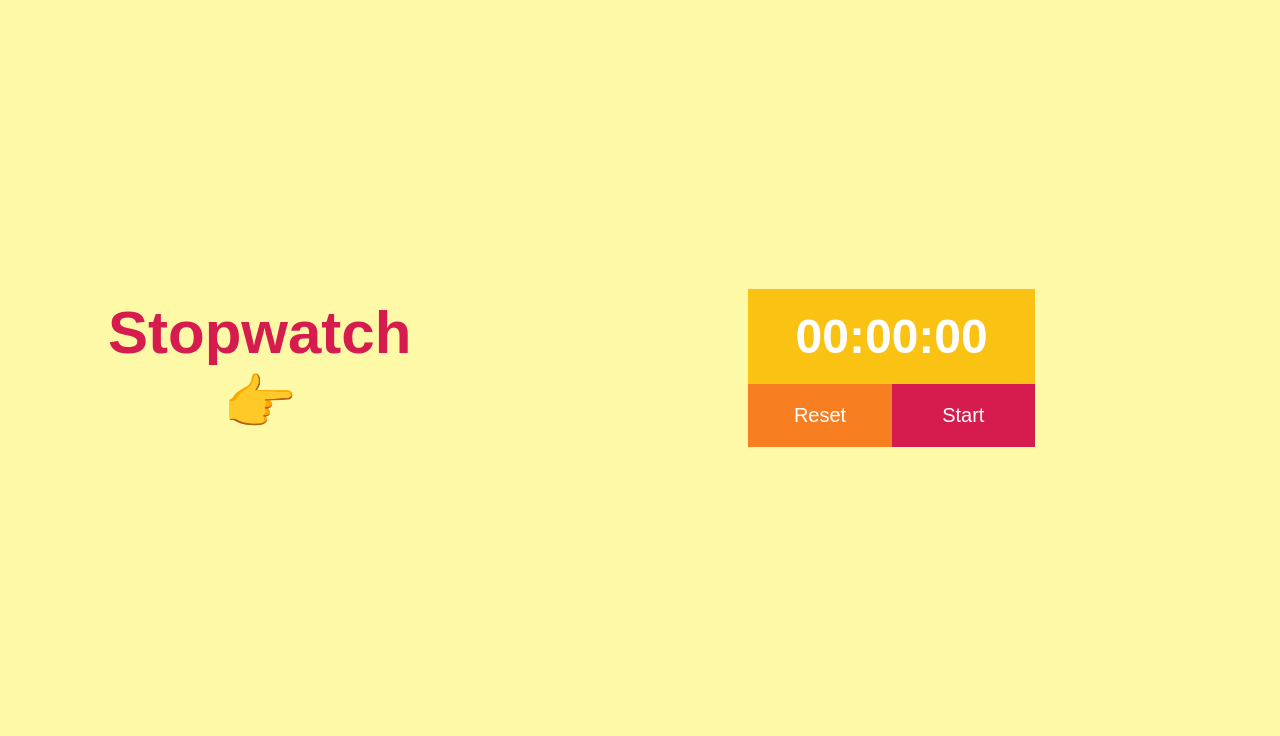
Repository: pilar122/stopwatch
Page: index.html
These files come from the project's save history. The page is drawn as it stood at one moment and after the next save; the edit follows.
The browser window is 1280 px wide. The pictures show the whole page.

Above is the page before, as saved 2022-06-19 13:04:59.

### index.html
<!DOCTYPE html>
<html>
    <head>
        <title>
            Stopwatch
        </title>
        <link href="stopwatch.css" rel="stylesheet">
        <script src="stopwatch.js"></script>
    </head>

    <div class="header">
        <h1>Stopwatch <br>👉</h1>
    </div>

    <body>

        <div id="stopwatch">
            <!--CURRENT TIME-->
            <div id="sw-time">00:00:00</div> <!-- sw is the time display-->

            <!--CONTROLS-->
            <input type="button" value="Reset" id="sw-rst" disabled/> <!--sw-rst is the reset button * and the disabled means that the buttons are at the moment-->
            <input type="button" value="Start" id="sw-go" disabled/> <!--sw-go is the start & stop button-->
        </div>
    </body>
</html>

### stopwatch.css
/* (A) CONTAINER */
#stopwatch {
    display: flex;
    flex-wrap: wrap;
    max-width: 400px;
    margin: 0 auto;
  }

  /* (B) TIME */
  #sw-time {
    width: 100%;
    padding: 20px 0;
    font-size: 48px;
    font-weight: bold;
    text-align: center;
    background: #FAC213;
    color: #fff;
  }

  /* (C) BUTTONS */
  #sw-rst, #sw-go {
    box-sizing: border-box;
    width: 50%;
    cursor: pointer;
    padding: 20px 0;
    border: 0;
    color: #fff;
    font-size: 20px;
  }
  #sw-rst { background-color: #F77E21; }
  #sw-go { background-color: #D61C4E; }

  /* (X) DOES NOT MATTER */
  /* PAGE & BODY */
  body {
    display: flex;
    align-items: center; justify-content: center;
    min-height: 100vh;
    background: #FEF9A7;
    background-repeat: no-repeat;
    background-position: center;
    background-size: cover;
  }
  * { font-family: arial, sans-serif; }

  /* WIDGET */
  .widget-wrap {
    min-width: 450px;
    padding: 30px;
    border-radius: 20px;
    background: rgba(255, 255, 255, 0.4);
  }

  .header {
    padding: 100px;
    text-align: center;
    color: #D61C4E;
    font-size: 30px;
  }

  /* HEADER */
  h1 { text-align: center; }
  #code-boxx {
    width: 100%;
    margin-top: 30px;
    text-align: center;
  }

  /* FOOTER */
  #code-boxx {
    font-weight: 600;
    margin-top: 30px;
  }
  #code-boxx a {
    display: inline-block;
    padding: 5px;
    text-decoration: none;
    background: #d3adad;
    color: #fff;
  }

### stopwatch.js
var sw = {
    // (A) PROPERTIES
    etime : null, // html time display
    erst : null, // html reset button
    ego : null, // html start/stop button
    timer : null, // timer object
    now : 0, // current elapsed time

    // (B) INITIALIZE
    init : () => {
      // (B1) GET HTML ELEMENTS
      sw.etime = document.getElementById("sw-time");
      sw.erst = document.getElementById("sw-rst");
      sw.ego = document.getElementById("sw-go");

      // (B2) ENABLE BUTTON CONTROLS
      sw.erst.onclick = sw.reset;
      sw.ego.onclick = sw.start;
      sw.erst.disabled = false;
      sw.ego.disabled = false;
    },

    // (C) START!
    start : () => {
      sw.timer = setInterval(sw.tick, 1000);
      sw.ego.value = "Stop";
      sw.ego.onclick = sw.stop;
    },

    // (D) STOP
    stop : () => {
      clearInterval(sw.timer);
      sw.timer = null;
      sw.ego.value = "Start";
      sw.ego.onclick = sw.start;
    },

    // (E) TIMER ACTION
    tick : () => {
      // (E1) CALCULATE HOURS, MINS, SECONDS
      sw.now++;
      let hours = 0, mins = 0, secs = 0,
      remain = sw.now;
      hours = Math.floor(remain / 3600);
      remain -= hours * 3600;
      mins = Math.floor(remain / 60);
      remain -= mins * 60;
      secs = remain;

      // (E2) UPDATE THE DISPLAY TIMER
      if (hours<10) { hours = "0" + hours; }
      if (mins<10) { mins = "0" + mins; }
      if (secs<10) { secs = "0" + secs; }
      sw.etime.innerHTML = hours + ":" + mins + ":" + secs;
    },

    // (F) RESET
    reset : () => {
      if (sw.timer != null) { sw.stop(); }
      sw.now = -1;
      sw.tick();
    }
  };
  window.addEventListener("load", sw.init);

After the next save:
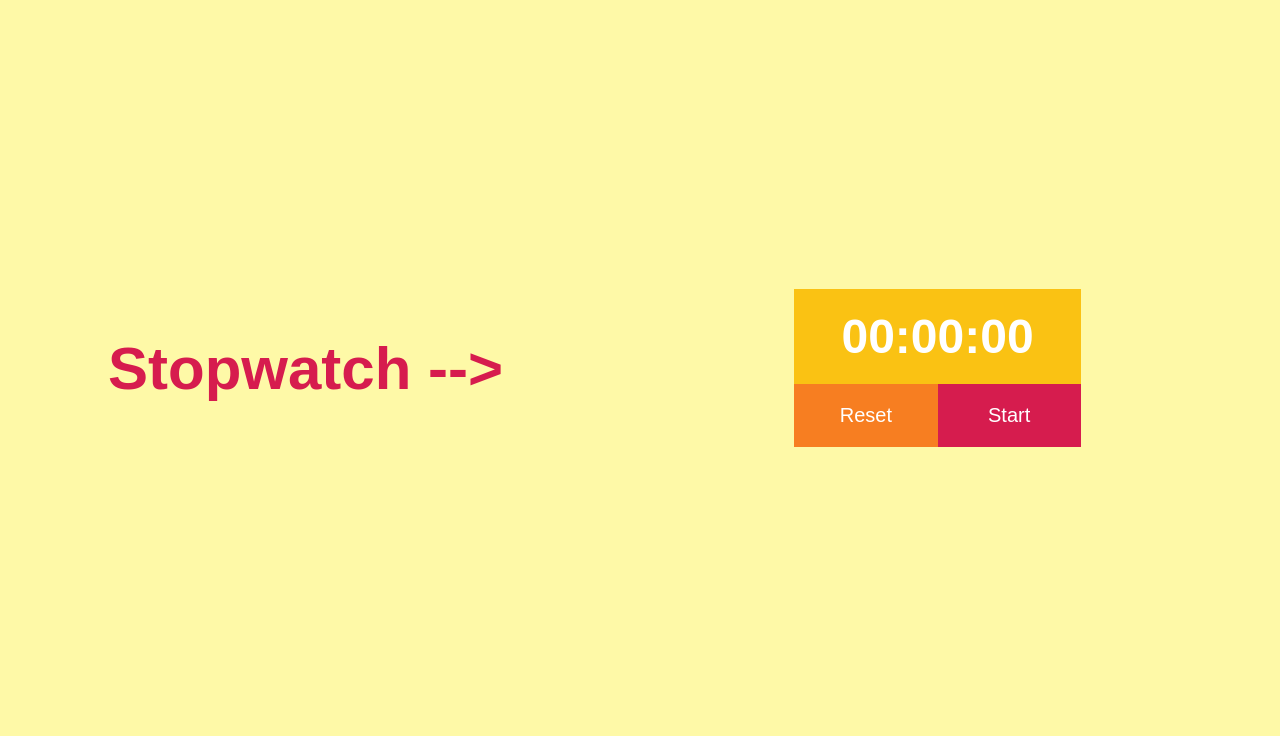
Saved 32 s later.
--- a/index.html
+++ b/index.html
@@ -9,7 +9,7 @@
     </head>
 
     <div class="header">
-        <h1>Stopwatch <br>👉</h1>
+        <h1>Stopwatch --></h1>
     </div>
 
     <body>
